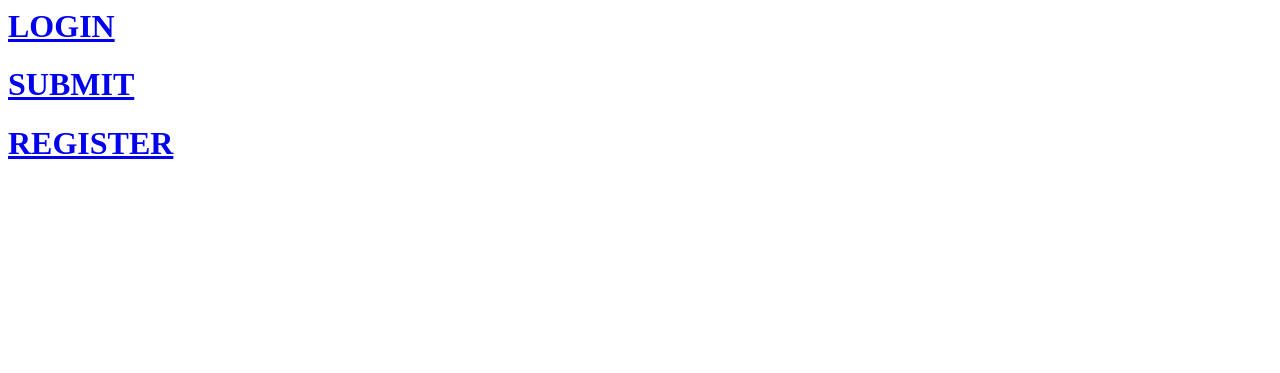
Repository: jayak013/Zettamine-backup
Page: Local Disk D Files/Workspace/maven/web/src/main/webapp/bankapp.html
An editor plug-in stored every save of this project. The page is shown before and after the next save, followed by the edit.
The browser window is 1280 px wide. The pictures show the whole page.

Above is the page before, as saved 2023-12-29 15:25:52.

### Local Disk D Files/Workspace/maven/web/src/main/webapp/bankapp.html
<html>
	<head>
		<title>Test Servlet</title>
	</head>
	<body>
		<h1><a href="check?id=1" target="_blank">LOGIN</a></h1>
		<h1><a href="check?id=2" target="_blank">SUBMIT</a></h1>
		<h1><a href="check?id=3" target="_blank">REGISTER</a></h1>
	</body>
</html>

After the next save:
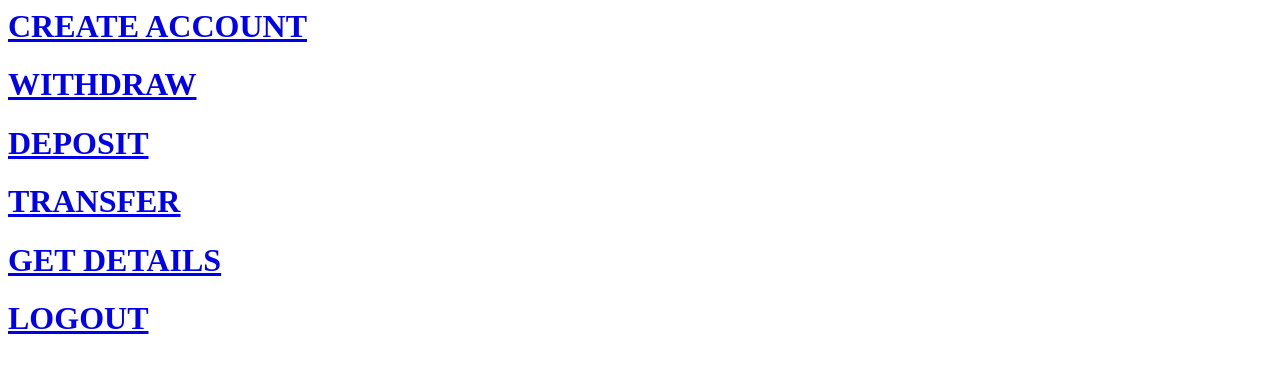
Saved 13 min 38 s later.
--- a/Local Disk D Files/Workspace/maven/web/src/main/webapp/bankapp.html
+++ b/Local Disk D Files/Workspace/maven/web/src/main/webapp/bankapp.html
@@ -3,8 +3,11 @@
 		<title>Test Servlet</title>
 	</head>
 	<body>
-		<h1><a href="check?id=1" target="_blank">LOGIN</a></h1>
-		<h1><a href="check?id=2" target="_blank">SUBMIT</a></h1>
-		<h1><a href="check?id=3" target="_blank">REGISTER</a></h1>
+		<h1><a href="check?id=1" target="_blank">CREATE ACCOUNT</a></h1>
+		<h1><a href="check?id=2" target="_blank">WITHDRAW</a></h1>
+		<h1><a href="check?id=3" target="_blank">DEPOSIT</a></h1>
+		<h1><a href="check?id=4" target="_blank">TRANSFER</a></h1>
+		<h1><a href="check?id=5" target="_blank">GET DETAILS</a></h1>
+		<h1><a href="check?id=6" target="_blank">LOGOUT</a></h1>
 	</body>
 </html>
